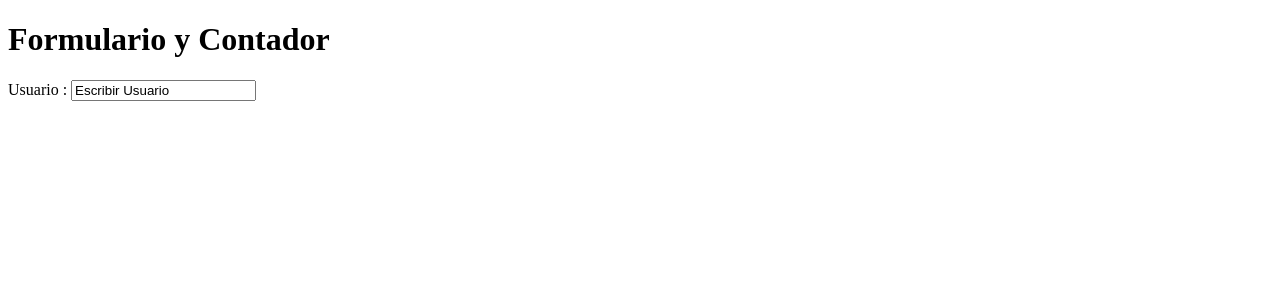
Repository: satfail/J2EE_DAD2_Workspace
Page: DADII_Tarea1/WebContent/index.html
An editor plug-in stored every save of this project. The page is shown before and after the next save, followed by the edit.
The browser window is 1280 px wide. The pictures show the whole page.

Above is the page before, as saved 2020-02-13 09:16:42.

### DADII_Tarea1/WebContent/index.html
<!DOCTYPE html>
<html>
	<head>
		<meta charset="ISO-8859-1">
		<title>Formulario y Contador</title>
	</head>
	<body>
		<h1>Formulario y Contador</h1>
		<form name = "form1" action = "Servlet" method = "post"
		onSubmit ="return validarForma(this)">

			Usuario :
			<input type = "text" name= "usuario"
						value = "Escribir Usuario" onfocus = this.select()/>
		</form>
		</body>
</html>

After the next save:
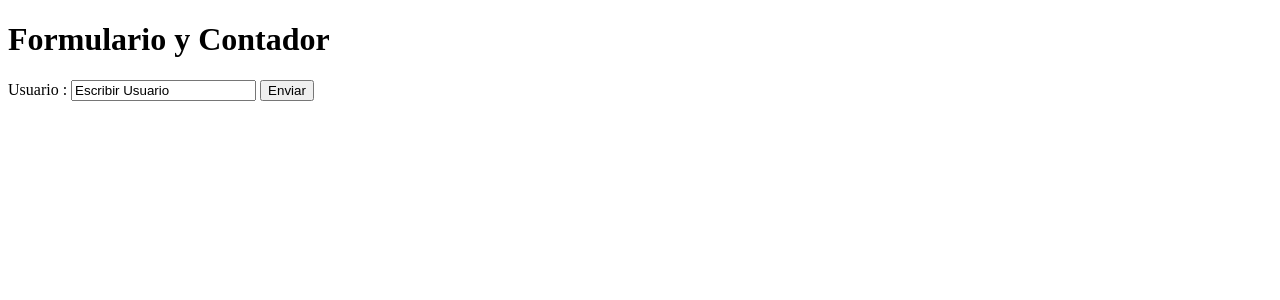
Saved 107 s later.
--- a/DADII_Tarea1/WebContent/index.html
+++ b/DADII_Tarea1/WebContent/index.html
@@ -12,6 +12,7 @@
 			Usuario :
 			<input type = "text" name= "usuario"
 						value = "Escribir Usuario" onfocus = this.select()/>
+			<input type = "submit" value ="Enviar" class = "default">
 		</form>
 		</body>
 </html>
